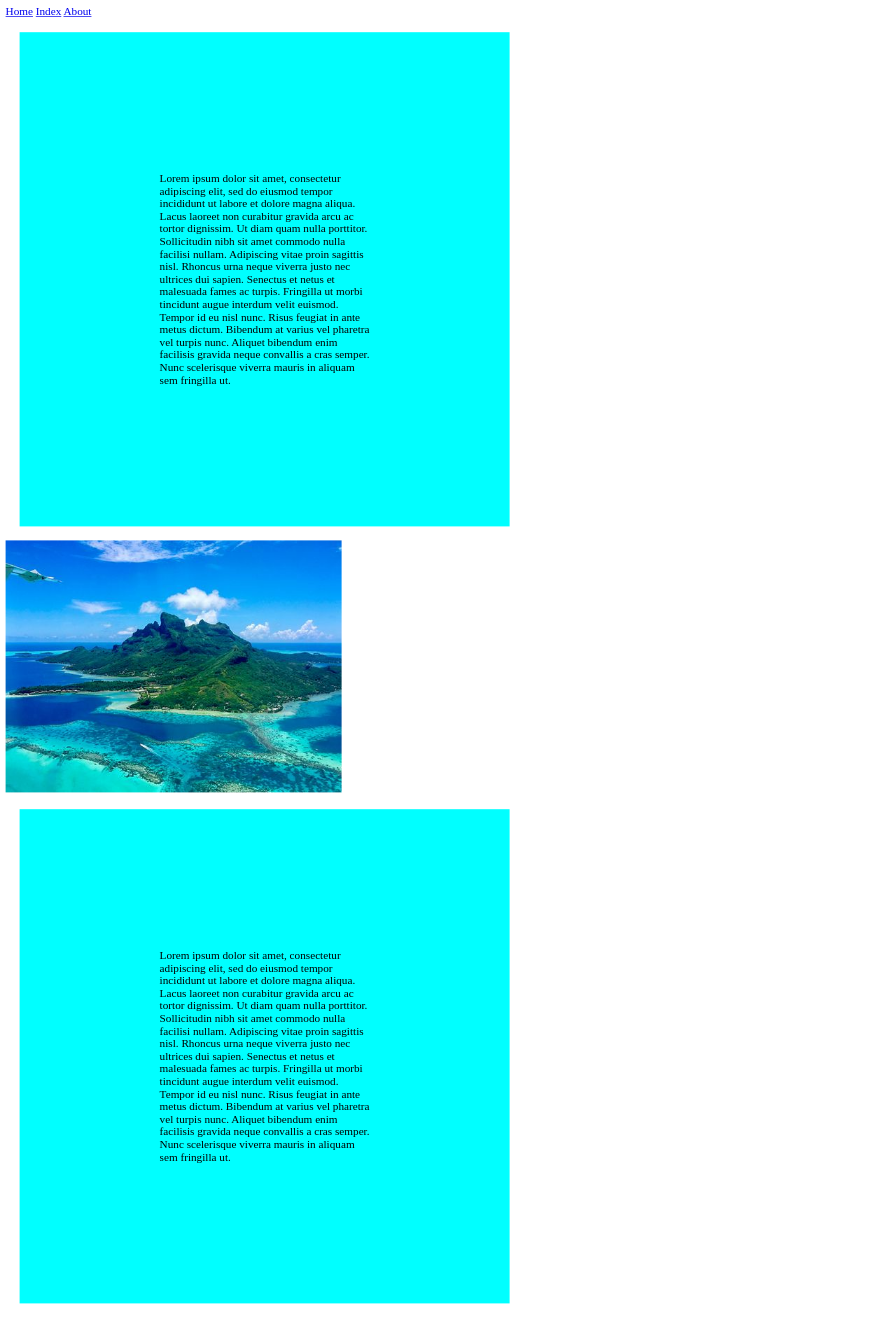
Repository: Melinda-Nanjad-Personal-Website/Personal-web
Page: about.html
An editor plug-in stored every save of this project. The page is shown before and after the next save, followed by the edit.
The browser window is 1280 px wide. The pictures show the whole page, at 70% of full size.

Above is the page before, as saved 2023-07-21 17:26:03.

After the next save:
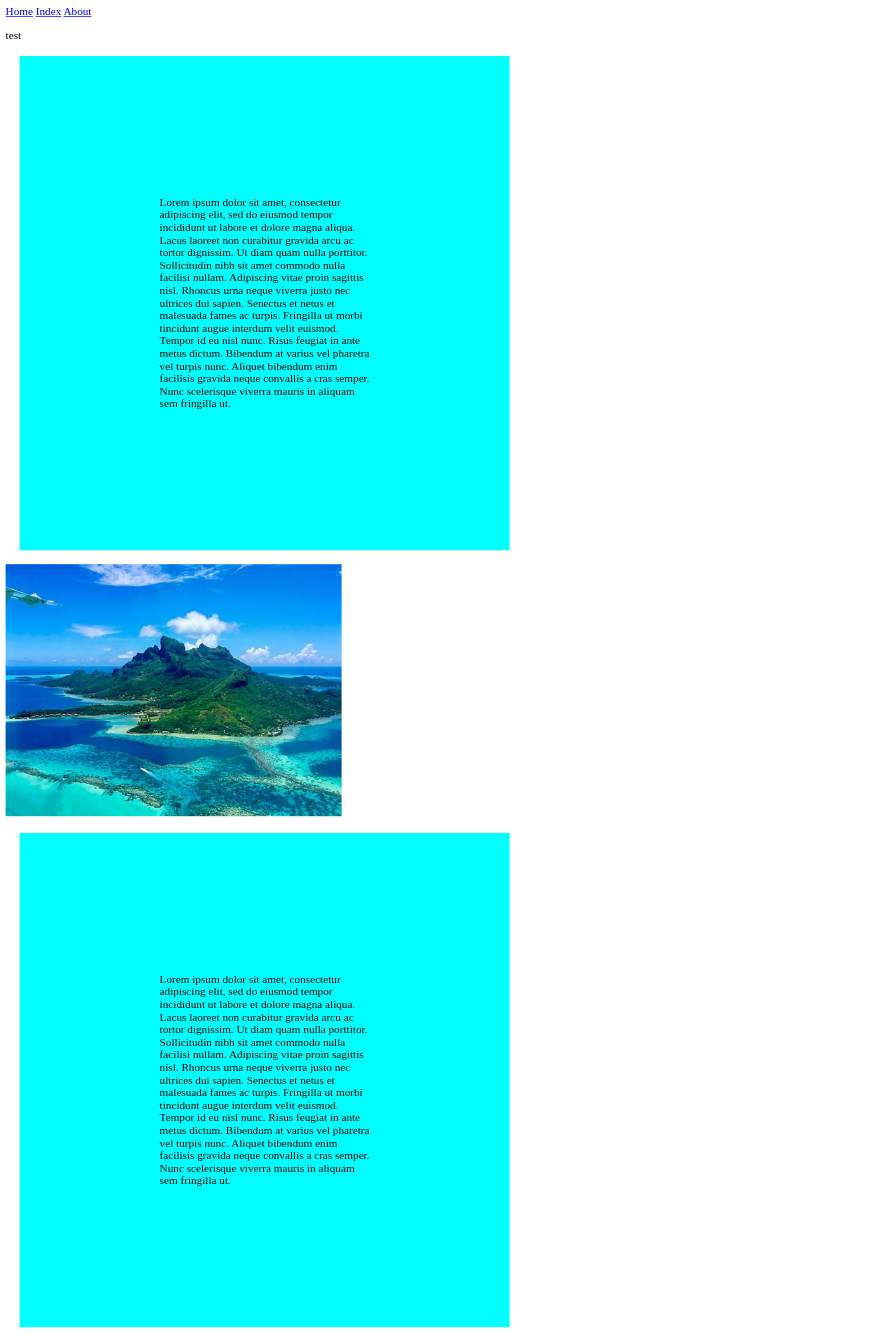
Saved 110 s later.
--- a/about.html
+++ b/about.html
@@ -30,7 +30,7 @@ margin: 20px;
 
         </nav> </center>
 
-
+     <p>test</p>
         <div>Lorem ipsum dolor sit amet, consectetur adipiscing elit, sed do eiusmod tempor incididunt ut labore et dolore magna aliqua. Lacus laoreet non curabitur gravida arcu ac tortor dignissim. Ut diam quam nulla porttitor. Sollicitudin nibh sit amet commodo nulla facilisi nullam. Adipiscing vitae proin sagittis nisl. Rhoncus urna neque viverra justo nec ultrices dui sapien. Senectus et netus et malesuada fames ac turpis. Fringilla ut morbi tincidunt augue interdum velit euismod. Tempor id eu nisl nunc. Risus feugiat in ante metus dictum. Bibendum at varius vel pharetra vel turpis nunc. Aliquet bibendum enim facilisis gravida neque convallis a cras semper. Nunc scelerisque viverra mauris in aliquam sem fringilla ut.</div>
 
 
